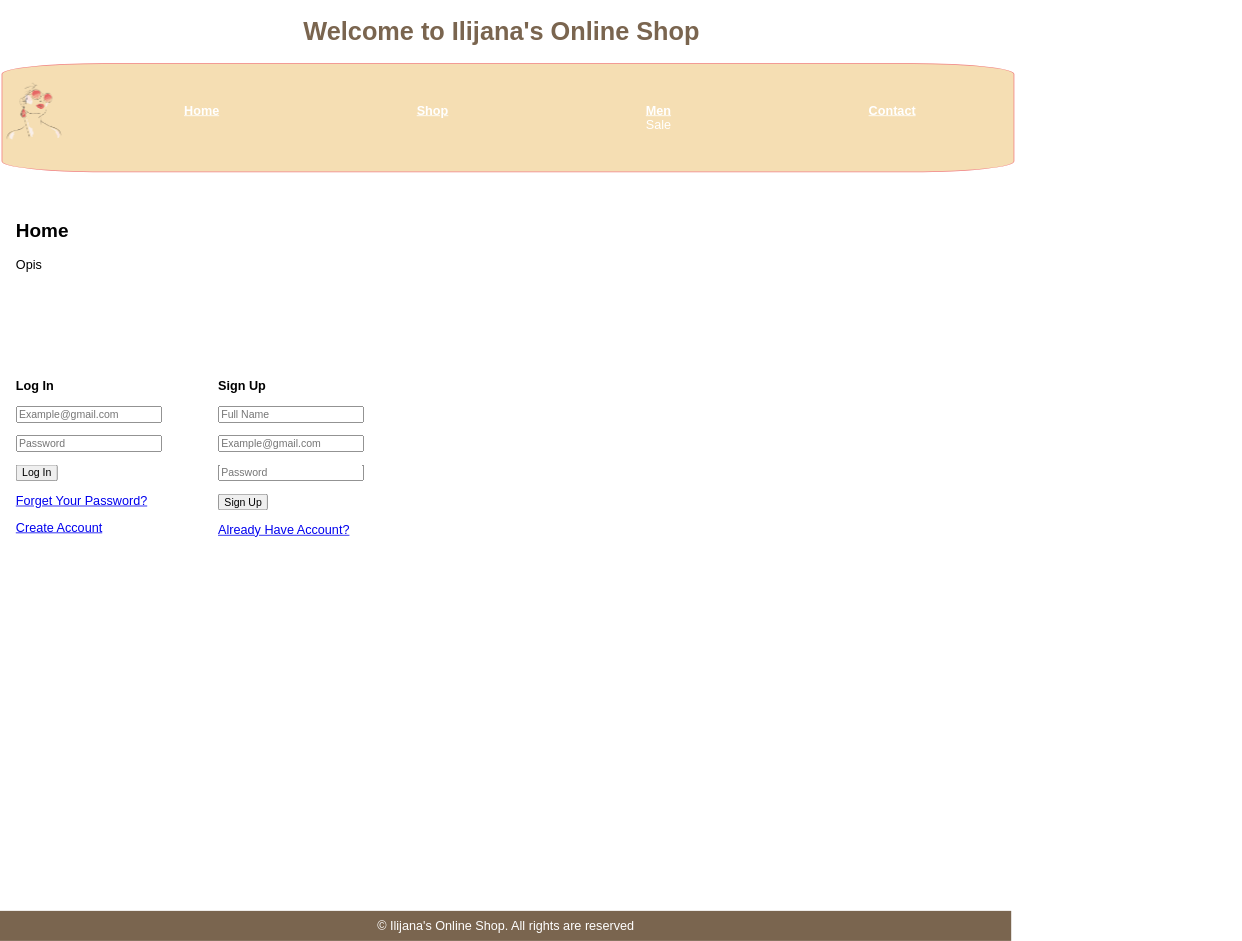
Repository: ilijana123/Proekt1
Page: html.html
An editor plug-in stored every save of this project. The page is shown before and after a run of saves, followed by the edit.
The browser window is 1280 px wide. The page is 1564 px wide, then 1572 px, so the pictures cover 1572 px, including what lies to the right of the window. The pictures show the whole page, at 79% of full size.

Above is the page before, as saved 2023-11-13 02:16:11.

After the next 2 saves:
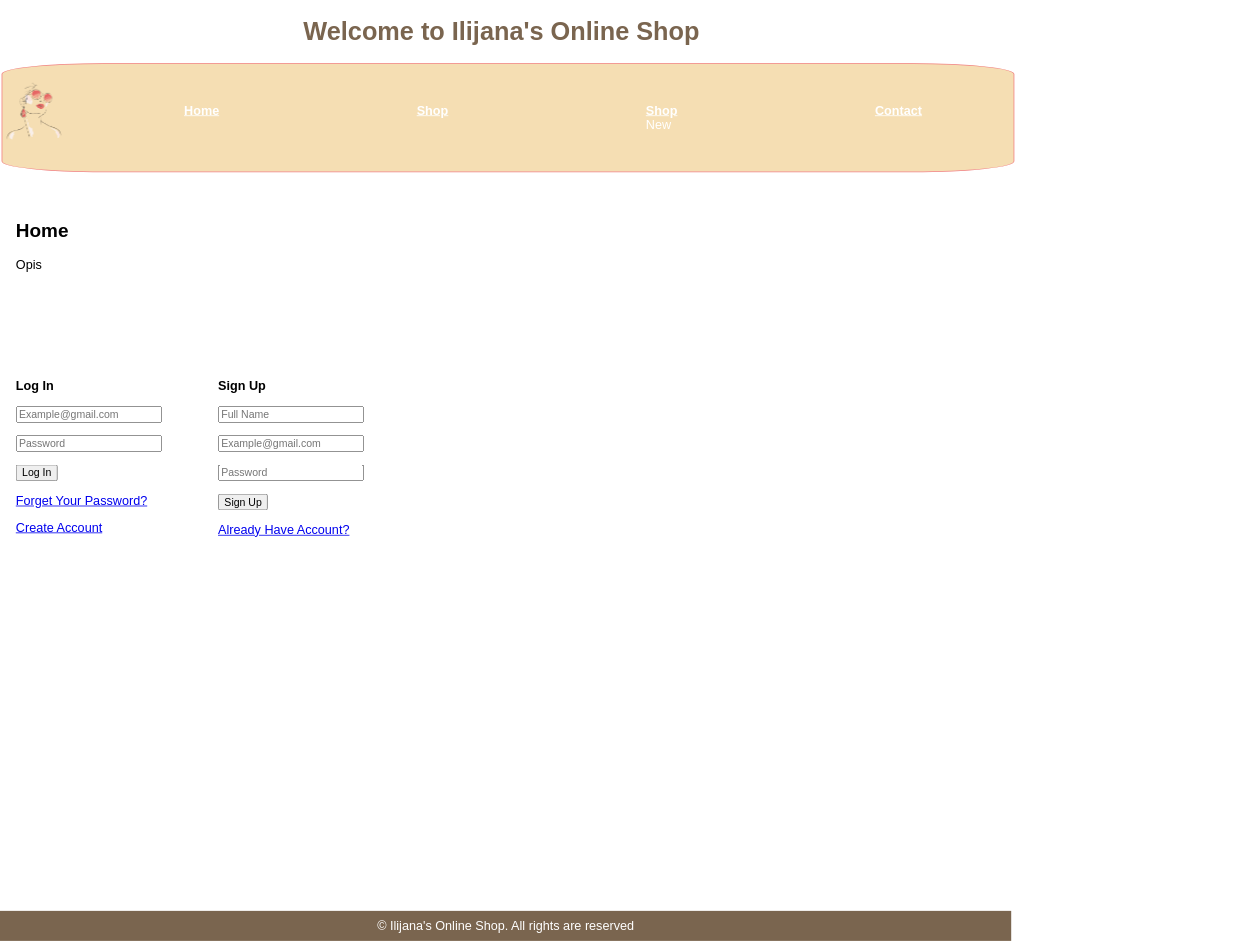
The 2 saves are shown as one change because they came seconds apart.
The last was saved 56 s later.
--- a/html.html
+++ b/html.html
@@ -29,8 +29,8 @@
             <ul class="menu">
             <li><a href="#">Home</a></li>
             <li  class="shop"><a href="#" >Shop</a></li>
-            <li><a href="#">Men</a>
-                <span class="sale-lable">Sale</span>
+            <li><a href="#">Shop</a>
+                <span class="sale-lable">New</span>
             </li>
             <li><a href="#">Contact</a></li>
             <li><a href="#">About</a></li>
